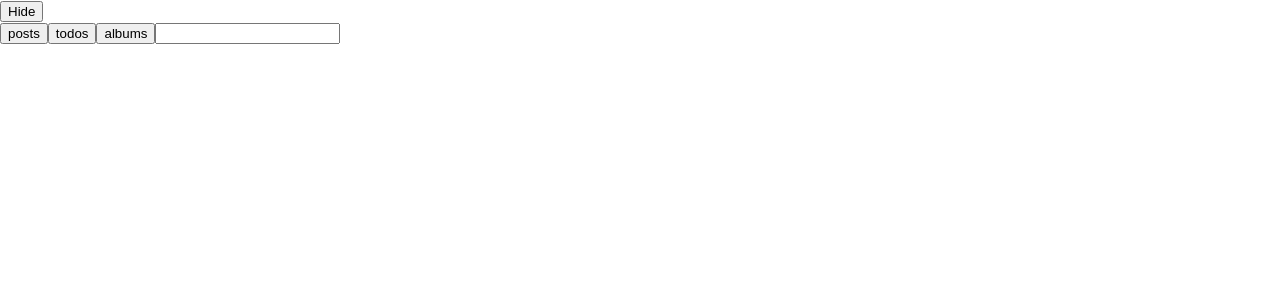
Repository: haidawngvn/hooks-bible
Page: /, after clicking the first element matching `button`
These files come from the project's save history. The page is drawn as it stood at one moment and after the next save; the edit follows.
The browser window is 1280 px wide. The pictures show the whole page.
The page's requests for data from a server got no answer. The project was rebuilt for these pictures with package versions that can differ from the ones it lists, and the page was loaded fresh each time. No one was signed in, and anything a server would have sent is missing.

Above is the page before, as saved 2022-07-29 02:09:30.

### public/index.html
<!DOCTYPE html>
<html lang="en">
  <head>
    <meta charset="utf-8" />
    <link rel="icon" href="%PUBLIC_URL%/favicon.ico" />
    <meta name="viewport" content="width=device-width, initial-scale=1" />
    <meta name="theme-color" content="#000000" />
    <meta
      name="description"
      content="Web site created using create-react-app"
    />
    <link rel="apple-touch-icon" href="%PUBLIC_URL%/logo192.png" />
    <!--
      manifest.json provides metadata used when your web app is installed on a
      user's mobile device or desktop. See https://developers.google.com/web/fundamentals/web-app-manifest/
    -->
    <link rel="manifest" href="%PUBLIC_URL%/manifest.json" />
    <!--
      Notice the use of %PUBLIC_URL% in the tags above.
      It will be replaced with the URL of the `public` folder during the build.
      Only files inside the `public` folder can be referenced from the HTML.

      Unlike "/favicon.ico" or "favicon.ico", "%PUBLIC_URL%/favicon.ico" will
      work correctly both with client-side routing and a non-root public URL.
      Learn how to configure a non-root public URL by running `npm run build`.
    -->
    <title>Hooks Examples</title>
  </head>
  <body>
    <noscript>You need to enable JavaScript to run this app.</noscript>
    <div id="root"></div>
    <!--
      This HTML file is a template.
      If you open it directly in the browser, you will see an empty page.

      You can add webfonts, meta tags, or analytics to this file.
      The build step will place the bundled scripts into the <body> tag.

      To begin the development, run `npm start` or `yarn start`.
      To create a production bundle, use `npm run build` or `yarn build`.
    -->
  </body>
</html>

### src/App.js
import  { useState } from 'react'
import Content from './Content';

function App() {
    const [show, setShow] = useState(false)

    return (
        <div className="App">
            <button
                onClick={() => setShow(!show)}
            >
                {show ? 'Hide' : 'Show'}
            </button>
            { show && <Content/>}

        </div>
    );
}

export default App;

### src/Content.js
import  { useEffect, useState } from 'react'


// mount: gắn vô DOM    ||    mounted: đã đc gắn vô DOM
// unmount: gỡ khỏi DOM

// 3 TH cua useEffect:
//   1. useEffect(callback)
//      - Gọi callback mỗi khi component re-render (setState) (1)
//      - Gọi callback sau khi component thêm element vào DOM (sau khi phần element trong return đc thêm vào DOM) (2)
//   2. useEffect(callback, []) deps empty
//      - Chỉ gọi callback 1 lần sau khi component mounted
//   3. useEffect(callback, [deps])

// cả 3 TH:
//      - callback luôn đc gọi sau khi component mounted


const tabs = ['posts' , 'todos', 'albums']

function Content() {

    const [state, setState] = useState('')
    const [posts, setPosts] = useState([])
    const [type, setType] = useState('posts')

    // TH 1
    // useEffect(() => {
    //     console.log('Mounted'); //(2)
    //     document.title = state
    // })

    // Vấn đề của TH 1
    // ví dụ chỉ có callback mà gọi api như này để lấy data render ra view
    // api sẽ được gọi vô hạn vì khi lấy đc data, setState sẽ đc dùng để thay đổi state
    // mà setState sẽ re-render, mỗi khi re-render ==> lại vô useEffect để chạy callback (lý thuyết)
    // useEffect(() => {
        // fetch('https://jsonplaceholder.typicode.com/posts')
        //     .then(res => res.json())
        //     .then(posts => {
        //         setPosts(posts)
        //     })
    // })

    // TH 2
    useEffect(() => {
        fetch('https://jsonplaceholder.typicode.com/posts')
            .then(res => res.json())
            .then(posts => {
                setPosts(posts)
            })
    }, [])

    console.log(type);

    return(
        <div>
            {tabs.map((tab, i) => (
                <button
                    key= {tab}
                    onClick={() => setType(tab)}
                >
                    {tab}
                </button>
            ))}

            <input
                value={state}
                onChange={e => setState(e.target.value) } // (1)
            />
            {console.log('Render')} {/* (2) */}

            <ul>
                {posts.map((post, index) => (
                    <li key={post.id}>
                        {post.title}
                    </li>
                ))}
            </ul>
        </div>
    )
}

export default Content

Loaded but not shown: src/index.js (common file); src/index.css (common file); src/reportWebVitals.js (common file)

After the next save:
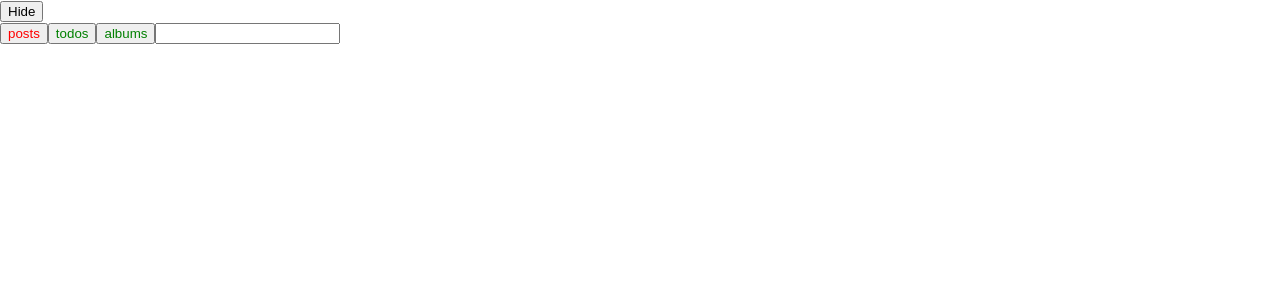
Saved 2 min 16 s later.
--- a/src/Content.js
+++ b/src/Content.js
@@ -59,6 +59,9 @@ function Content() {
                 <button
                     key= {tab}
                     onClick={() => setType(tab)}
+                    style={
+                        type === tab ? {color: 'red'} : {color: 'green'}
+                    }
                 >
                     {tab}
                 </button>
